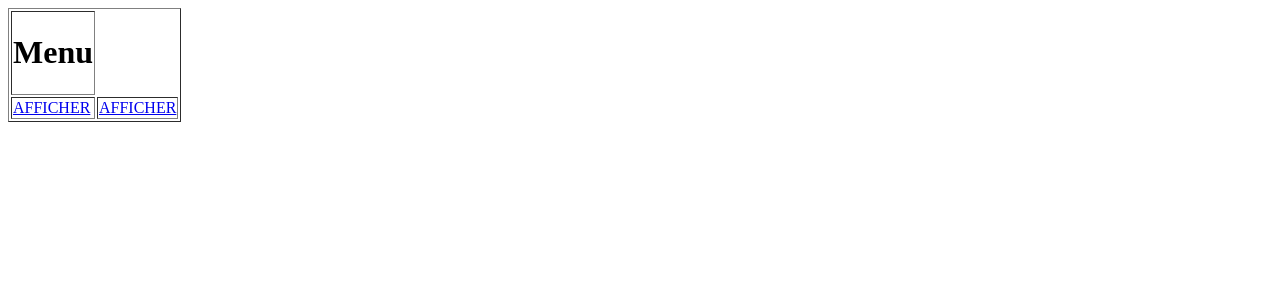
Repository: lemzoo/Formation_JEE
Page: TP_D04__Amelioration_V1.0/src/main/webapp/index.html
The author's editor kept a copy of each file at every save. The page is drawn from the files as they stood at one save, then again after the next save.
The browser window is 1280 px wide. The pictures show the whole page.

Above is the page before, as saved 2016-06-22 11:06:31.

### TP_D04__Amelioration_V1.0/src/main/webapp/index.html
<!DOCTYPE html>
<html>
<head>
<meta charset="UTF-8">
<title>JSP Page</title>
</head>
<body>
	<table border="1">
		<thead>
			<tr>
				<th>
					<h1>Menu</h1>
				</th>
			</tr>
		</thead>
		<tbody>
			<tr>
				<td><a href="affiche">AFFICHER</a></td>
				<td><a href="affiche">AFFICHER</a></td>
			</tr>
		</tbody>
	</table>

</body>
</html>

After the next save:
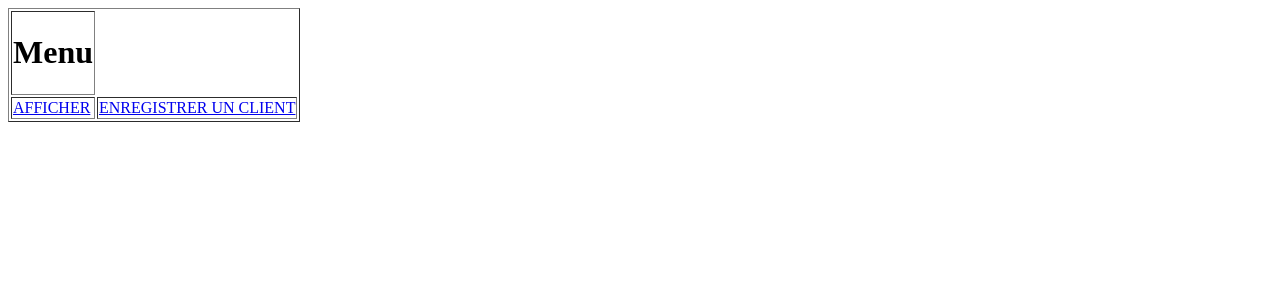
Saved 16 s later.
--- a/TP_D04__Amelioration_V1.0/src/main/webapp/index.html
+++ b/TP_D04__Amelioration_V1.0/src/main/webapp/index.html
@@ -16,7 +16,7 @@
 		<tbody>
 			<tr>
 				<td><a href="affiche">AFFICHER</a></td>
-				<td><a href="affiche">AFFICHER</a></td>
+				<td><a href="affiche">ENREGISTRER UN CLIENT</a></td>
 			</tr>
 		</tbody>
 	</table>
